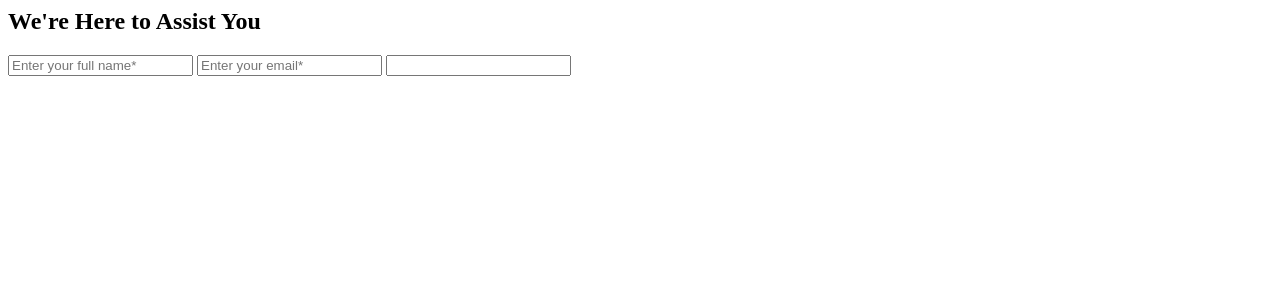
Repository: koldovsky/4394-html-teamwork
Page: contacts.assist.partial.html
These files come from the project's save history. The page is drawn as it stood at one moment and after the next save; the edit follows.
The browser window is 1280 px wide. The pictures show the whole page.

Above is the page before, as saved 2025-10-06 19:29:15.

### contacts.assist.partial.html
<section>
    <h2>We're Here to Assist You</h2>
    <form action="">
        <input type="text" name="full-name" placeholder="Enter your full name*" required>
        <input type="email" name="user-email" placeholder="Enter your email*" required>
        <input type="text">
    </form>
</section>

After the next save:
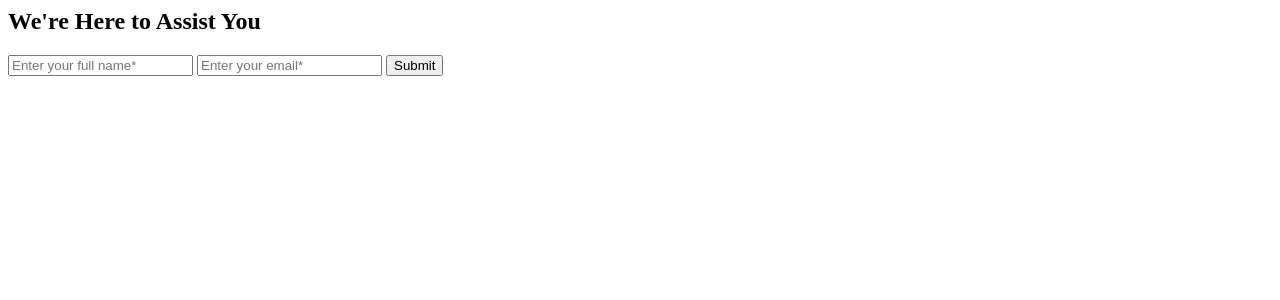
Saved 4 s later.
--- a/contacts.assist.partial.html
+++ b/contacts.assist.partial.html
@@ -3,6 +3,6 @@
     <form action="">
         <input type="text" name="full-name" placeholder="Enter your full name*" required>
         <input type="email" name="user-email" placeholder="Enter your email*" required>
-        <input type="text">
+        <input type="submit" >
     </form>
 </section>
